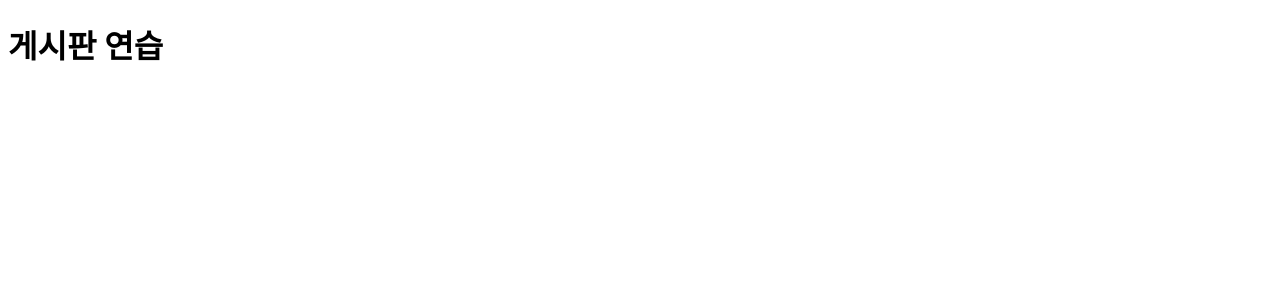
Repository: keechan/springboot
Page: Jungbo/src/main/resources/static/index.html
These files come from the project's save history. The page is drawn as it stood at one moment and after the next save; the edit follows.
The browser window is 1280 px wide. The pictures show the whole page.

Above is the page before, as saved 2024-01-12 07:51:44.

### Jungbo/src/main/resources/static/index.html
<!DOCTYPE html>
<html>
<head>
<meta charset="UTF-8">
<title>Insert title here</title>
</head>
<body>
	<h1>게시판 연습</h1>
</body>
</html>

After the next save:
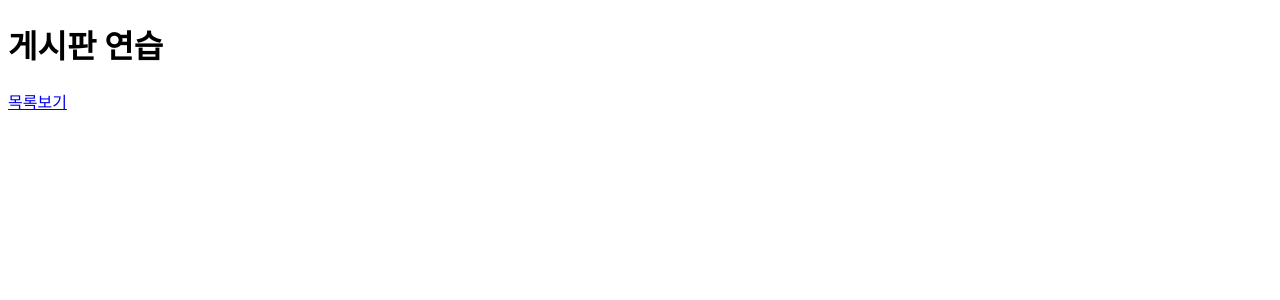
Saved 28 s later.
--- a/Jungbo/src/main/resources/static/index.html
+++ b/Jungbo/src/main/resources/static/index.html
@@ -6,5 +6,6 @@
 </head>
 <body>
 	<h1>게시판 연습</h1>
+	<a href="getBoardList.do">목록보기</a>
 </body>
 </html>
